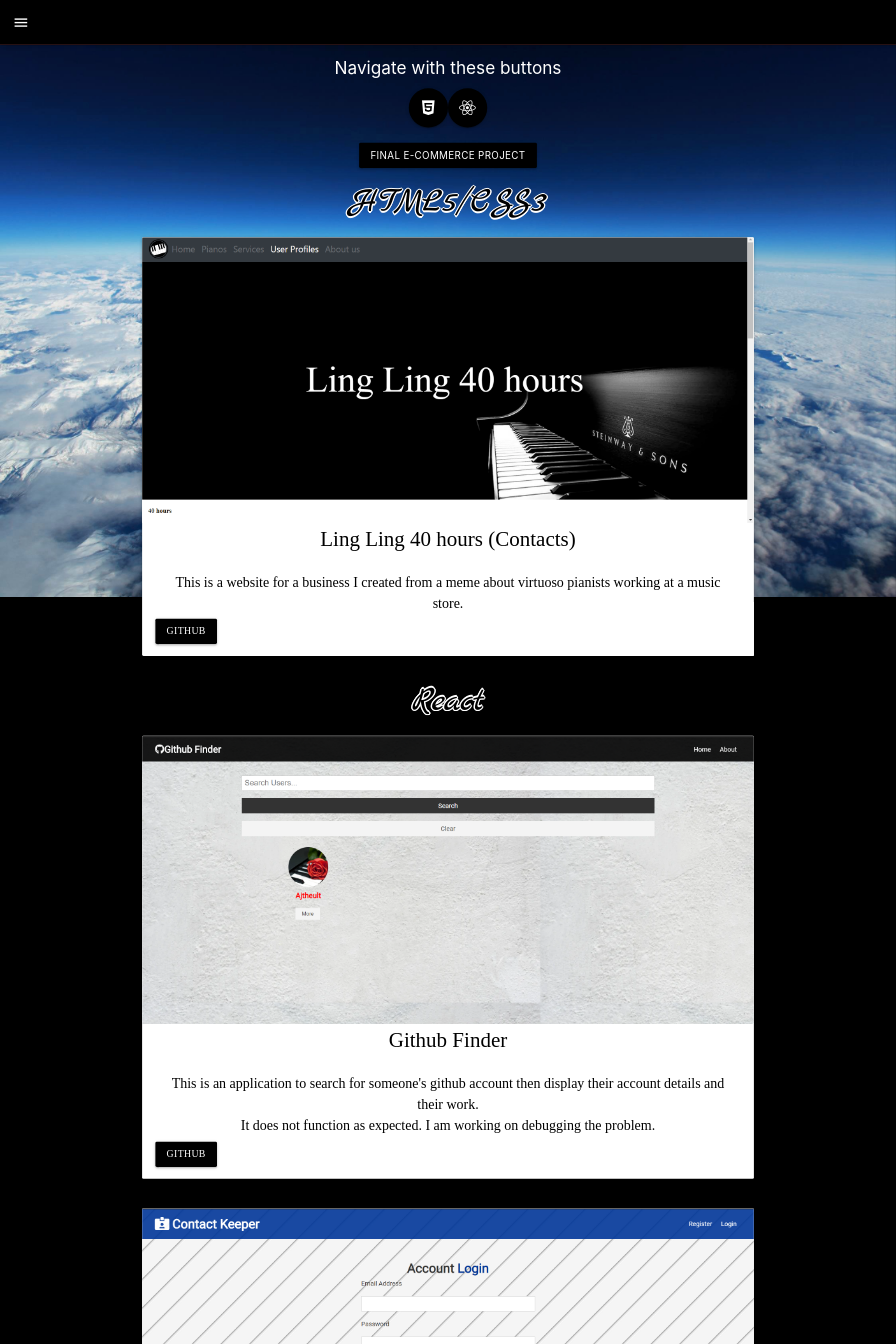
Repository: Ajtheult/portfolio.v3
Page: /mywork
An editor plug-in stored every save of this project. The page is shown before and after the next save, followed by the edit.
The browser window is 1280 px wide. The pictures show the part of the page from y = 0 to 1920 px (the page is 4496 px tall), at 70% of full size.
Some web fonts or font styles are not loaded; a fallback is used. The project was rebuilt for these pictures with package versions that can differ from the ones it lists, and the page was loaded fresh each time. Also part of the build but not shown: src/components/layout/pages/Home.js, src/components/layout/pages/Skills.js, src/components/layout/pages/Testimonials.js.

Above is the page before, as saved 2020-08-05 15:21:49.

After the next save:
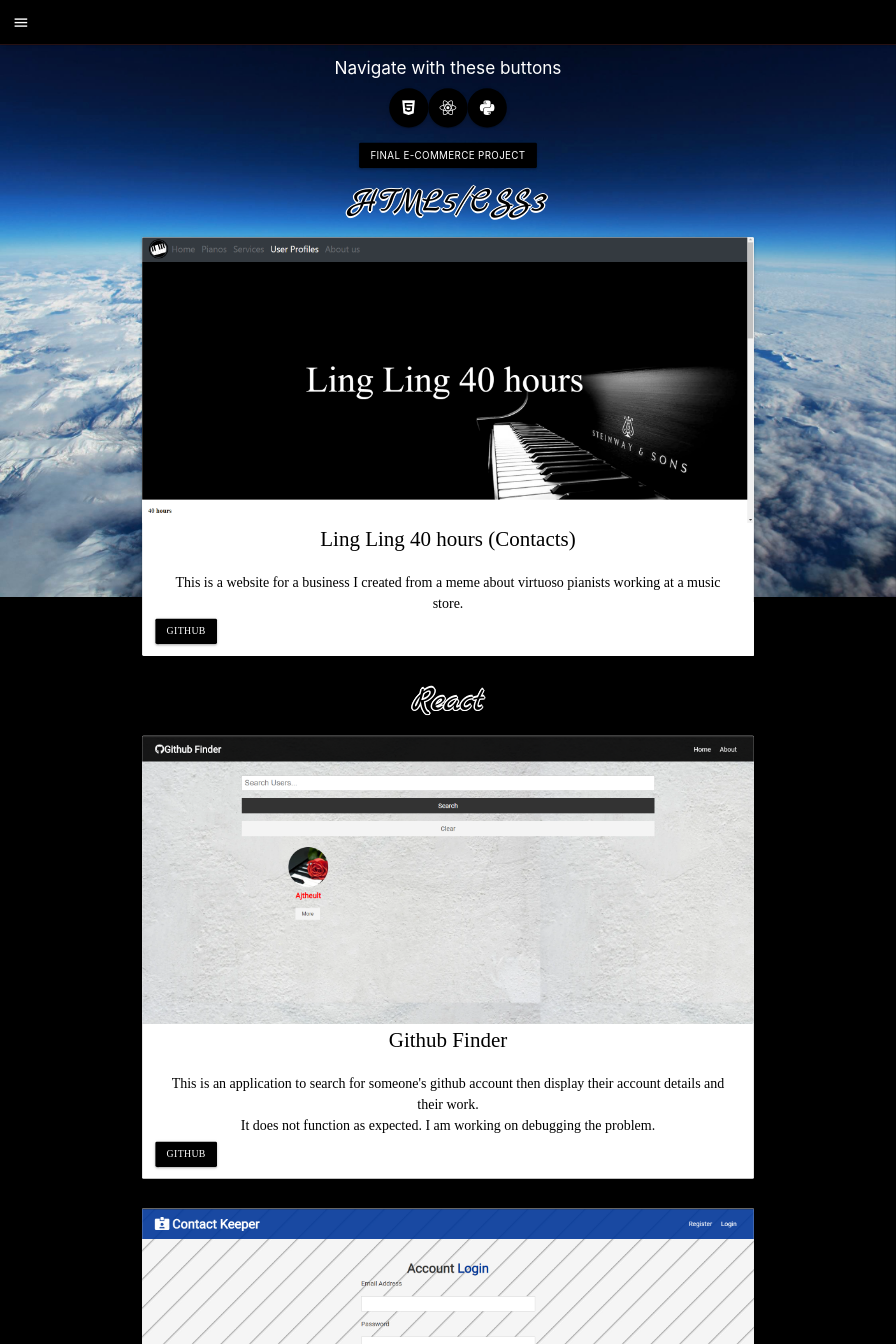
Saved 22 h 26 min later.
--- a/src/components/layout/pages/MyWork.js
+++ b/src/components/layout/pages/MyWork.js
@@ -34,13 +34,13 @@ export const MyWork = () => {
           className="btn-floating btn-large waves-effect waves-light black button_margin"
         >
           <i className="fab fa-js-square"></i>
-        </a>
+        </a> */}
         <a
           href="#python"
           className="btn-floating btn-large waves-effect waves-light black button_margin"
         >
           <i className="fab fa-python"></i>
-        </a> */}
+        </a>
       </div>
       <br />
       <a
